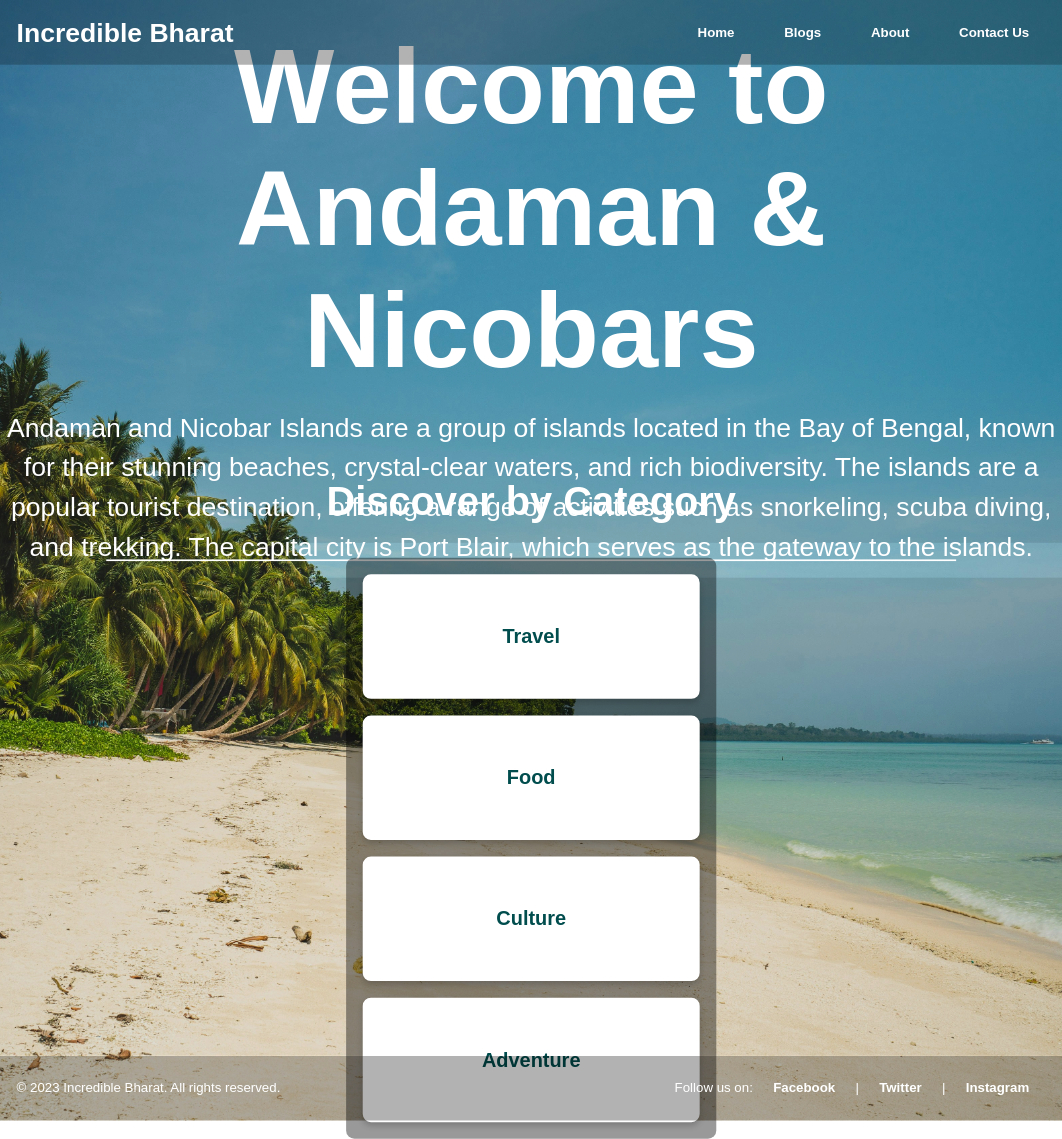
Repository: jaidhiman111/incrediblebharat
Page: destinations/Andaman&Nicobar.html
These files come from the project's save history. The page is drawn as it stood at one moment and after the next save; the edit follows.
The browser window is 1280 px wide. The pictures show the whole page, at 83% of full size.

Above is the page before, as saved 2025-04-30 23:31:51.

### destinations/Andaman&Nicobar.html
<!DOCTYPE html>
<html lang="en">

<head>
    <meta charset="UTF-8">
    <link rel="stylesheet" href="/assets/style.css">
    <meta name="viewport" content="width=device-width, initial-scale=1.0">
    <title>Document</title>
</head>

<body class="andaman-nicobar">
    <!-- This is the header of the page. -->
    <header class="header">
        <div class="logo">
            <h1>Incredible Bharat</h1>
        </div>
        <div class="nav">
            <nav>
                <ul>
                    <li>
                        <a href="/index.html">Home</a>
                        <a href="#">Blogs</a>
                        <a href="#">About</a>
                        <a href="#">Contact Us</a>
                    </li>
                </ul>
            </nav>
        </div>
    </header>
    <!-- This is the main content of the page. -->
    <main class="main-container">
        <section class="hero-section">
            <h2>Welcome to Andaman & Nicobars</h2>
            <p>Andaman and Nicobar Islands are a group of islands located in the Bay of Bengal, known for their stunning
                beaches, crystal-clear waters, and rich biodiversity. The islands are a popular tourist destination,
                offering a range of activities such as snorkeling, scuba diving, and trekking. The capital city is Port
                Blair, which serves as the gateway to the islands.</p>
        </section>
        <hr>
        <section class="state-section">
            <h2>Discover by Category</h2>
            <div class="card-section">
                <div class="card" id="travel">Travel</div>
                <div class="card" id="food">Food</div>
                <div class="card" id="culture">Culture</div>
                <div class="card" id="adventure">Adventure</div>
            </div>
        </section>
    </main>
    <!-- This is the footer of the page. -->
    <footer class="footer">
        <div>
            <p>&copy; 2023 Incredible Bharat. All rights reserved.</p>
        </div>
        <div>
            <p>Follow us on:
                <a href="#">Facebook</a> |
                <a href="#">Twitter</a> |
                <a href="#">Instagram</a>
        </div>
    </footer>
</body>

</html>

### assets/style.css
* {
    box-sizing: border-box;
    margin: 0;
    padding: 0;
}

.home {
    font-family: Arial, sans-serif;
    background-image: url('/media/bg-cover.jpg');
    background-size: cover;
    background-repeat: no-repeat;
    background-position: center;
    color: #fff;
}

.andaman-nicobar {
    font-family: Arial, sans-serif;
    background-image: url('/media/andaman.jpg');
    background-size: cover;
    background-repeat: no-repeat;
    background-position: center;
    color: #fff;
}


/* This is for header */
.header {
    background-color: rgba(0, 0, 0, 0.3);
    display: flex;
    justify-content: space-between;
    align-items: center;
    padding: 20px;
    position: sticky;
    top: 0;
    text-align: center;
}

li {
    list-style: none;
    display: flex;
    gap: 20px;
}

li a {
    padding: 10px 20px;
    border-radius: 5px;
    text-decoration: none;
    color: #fff;
    font-weight: bold;
}

li a:hover {
    color: #fff;
    transform: scale(1.1);}

/* This is for section */
section{
    background-color: rgba(0, 0, 0, 0.1);
}

.hero-section {
    display: flex;
    flex-direction: column;    /* stack items vertically */
    justify-content: center;   /* center vertically */
    align-items: center;       /* center horizontally */
    height: 80vh;
    text-align: center;
}

.hero-section h2 {
    font-size: 8rem;
    margin-bottom: 20px;
}

.hero-section p{
    font-size: 2rem;
    margin-bottom: 20px;
    max-width: 100rem;         /* limit the width of the paragraph */
    line-height: 1.5;        /* improve readability */
}

.hero-section a {
    text-decoration: none;
    color: #fff;
    font-size: 1.5rem;
    margin-bottom: 20px;
}

.hero-section a:hover {
    color: #fff;
    text-decoration: underline;
    transform: scale(1.1);
    transition: transform 0.3s ease-in-out;
}

hr {
    width: 80%;
    margin: 20px auto;
    border: 1px solid #fff;
}

.state-section {
    display: flex;
    flex-direction: column;    /* stack items vertically */
    justify-content: center;
    align-items: center;
    height: 80vh;
    text-align: center;
}

.state-section h2 {
    font-size: 3rem;
    margin-bottom: 20px;
}

.state-button {
    padding: 30px;
    max-width: 100rem;
    margin: 0 auto;
  }

  .state-button button {
    background-color: rgba(0, 0, 0, 0.4);  /* Soft blue */
    border: none;
    border-radius: 8px;
    margin: 10px ;
    padding: 12px 20px;
    cursor: pointer;
    transition: background-color 0.3s ease;
    font-size: 16px;
    font-weight: 500;
  }

  .state-button button a {
    color: #ffffff;
    text-decoration: none;
    display: block;
    width: 100%;
    height: 100%;
  }

  .state-button button:hover {
    background-color: rgba(0, 0, 0, 0.7); /* Darker blue on hover */
    transform: scale(1.1); /* Slightly enlarge the button on hover */
    transition: transform 0.3s ease-in-out;
  }

  .card-section {
    display: flex;
    flex-wrap: wrap; /* So cards wrap on smaller screens */
    background-color: rgba(0, 0, 0, 0.4);
    justify-content: center;
    align-items: center;
    padding: 20px;
    margin: 20px auto;
    max-width: 1200px;
    gap: 20px; /* Space between cards */
    border-radius: 10px;
}

.card {
    flex: 1 1 200px; /* Grow/shrink nicely */
    background-color: #ffffff;
    height: 150px;
    display: flex;
    justify-content: center;
    align-items: center;
    border: 2px solid #ffffff;
    border-radius: 10px;
    font-size: 1.5rem;
    font-weight: bold;
    color: #014d4e;
    box-shadow: 0 4px 8px rgba(0, 0, 0, 0.2);
    transition: transform 0.3s ease, background-color 0.3s ease;
    cursor: pointer;
}

/* Hover Effect */
.card:hover {
    transform: translateY(-8px);
    background-color: #d6f5f5;
    color: #007575;
}

  /* This is for footer */

.footer {
    background-color: rgba(0, 0, 0, 0.3);
    display: flex;
    justify-content: space-between;
    align-items: center;
    padding: 20px;
    position: relative;
    bottom: 0;
    text-align: center;
}

.footer li {
    list-style: none;
    display: flex;
    gap: 20px;
}

.footer a {
    display: inline-block;
    padding: 10px 20px;
    border-radius: 5px;
    text-decoration: none;
    color: #fff;
    font-weight: bold;
}
.footer a:hover {
    color: #fff;
    transform: scale(1.1);

}

/* This is for media queries */
/* --- Andaman & Nicobar Page Enhancements --- */

After the next save:
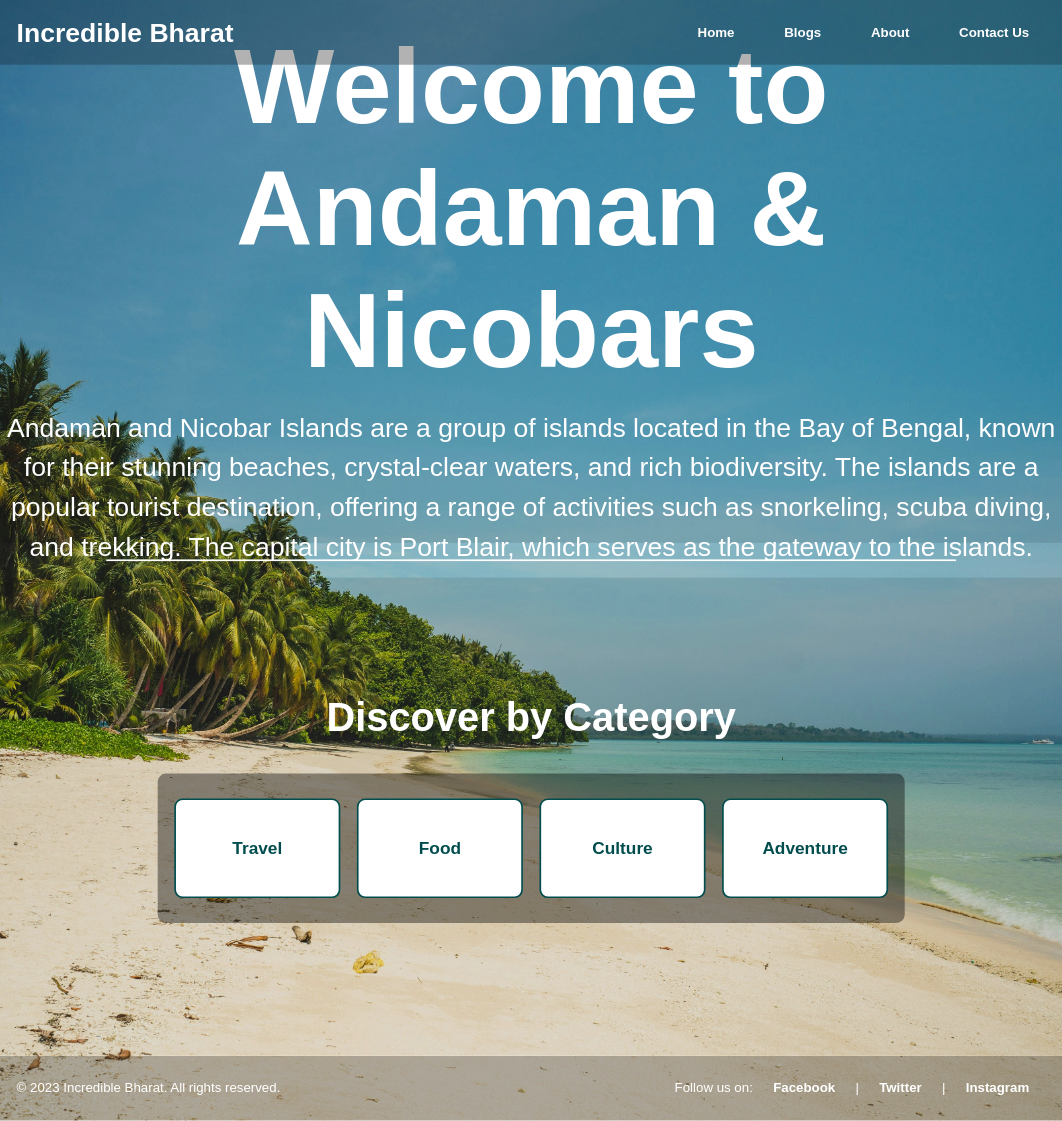
Saved 42 s later.
--- a/assets/style.css
+++ b/assets/style.css
@@ -147,40 +147,38 @@ hr {
 
   .card-section {
     display: flex;
-    flex-wrap: wrap; /* So cards wrap on smaller screens */
+    flex-wrap: wrap; /* Makes it responsive */
+    justify-content: center;
+    gap: 20px;
     background-color: rgba(0, 0, 0, 0.4);
-    justify-content: center;
-    align-items: center;
-    padding: 20px;
+    padding: 30px 20px;
     margin: 20px auto;
     max-width: 1200px;
-    gap: 20px; /* Space between cards */
     border-radius: 10px;
 }
 
 .card {
-    flex: 1 1 200px; /* Grow/shrink nicely */
     background-color: #ffffff;
-    height: 150px;
-    display: flex;
+    color: #014d4e;
+    border: 2px solid #014d4e;
+    border-radius: 10px;
+    width: 200px;
+    height: 120px;
+    display: flex;
+    align-items: center;
     justify-content: center;
-    align-items: center;
-    border: 2px solid #ffffff;
-    border-radius: 10px;
-    font-size: 1.5rem;
+    font-size: 1.3rem;
     font-weight: bold;
-    color: #014d4e;
-    box-shadow: 0 4px 8px rgba(0, 0, 0, 0.2);
+    cursor: pointer;
     transition: transform 0.3s ease, background-color 0.3s ease;
-    cursor: pointer;
-}
-
-/* Hover Effect */
+}
+
 .card:hover {
-    transform: translateY(-8px);
-    background-color: #d6f5f5;
-    color: #007575;
-}
+    background-color: #019494;
+    color: #ffffff;
+    transform: scale(1.05);
+}
+
 
   /* This is for footer */
 
